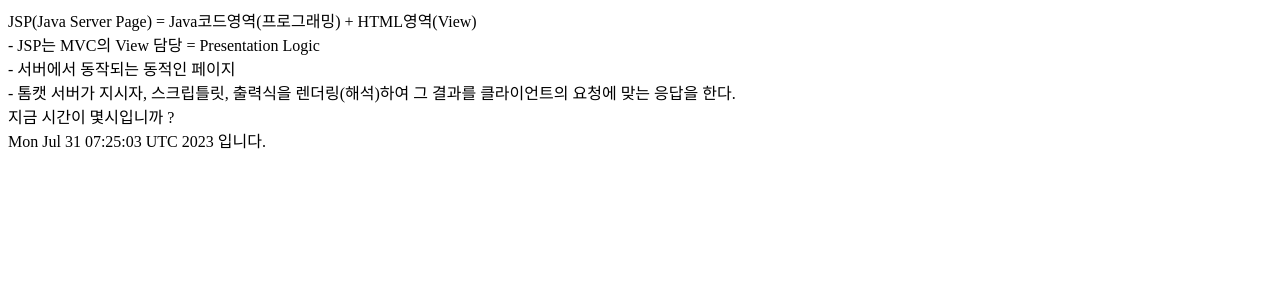
Repository: ainokks071/ServletJSP
Page: http://localhost/WEB/time.jsp
An editor plug-in stored every save of this project. The page is shown before and after the next save, followed by the edit.
The browser window is 1280 px wide. The pictures show the whole page.
The page is served by Tomcat 9.

Above is the page before, as saved 2023-08-01 08:14:00.

After the next save:
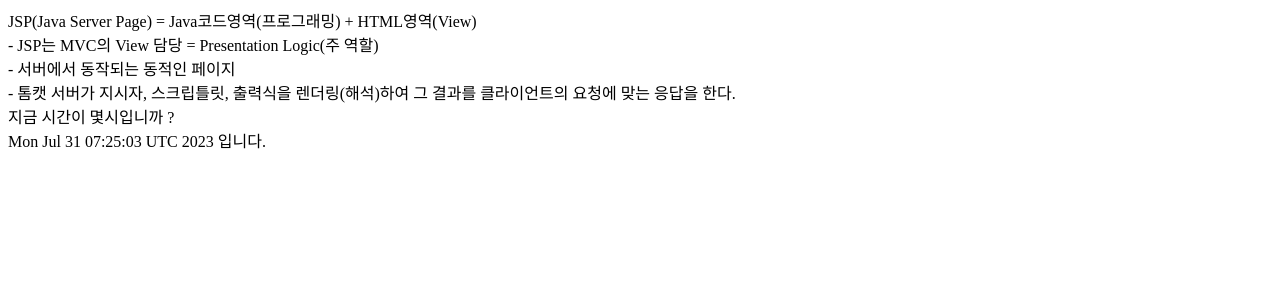
Saved 10 s later.
--- a/WEB/webapp/time.jsp
+++ b/WEB/webapp/time.jsp
@@ -17,7 +17,7 @@
 
 <body>
 JSP(Java Server Page) = Java코드영역(프로그래밍) + HTML영역(View) <br>
-- JSP는 MVC의 View 담당 = Presentation Logic<br>
+- JSP는 MVC의 View 담당 = Presentation Logic(주 역할)<br>
 - 서버에서 동작되는 동적인 페이지<br>
 - 톰캣 서버가 지시자, 스크립틀릿, 출력식을 렌더링(해석)하여 그 결과를 클라이언트의 요청에 맞는 응답을 한다.<br>
 
